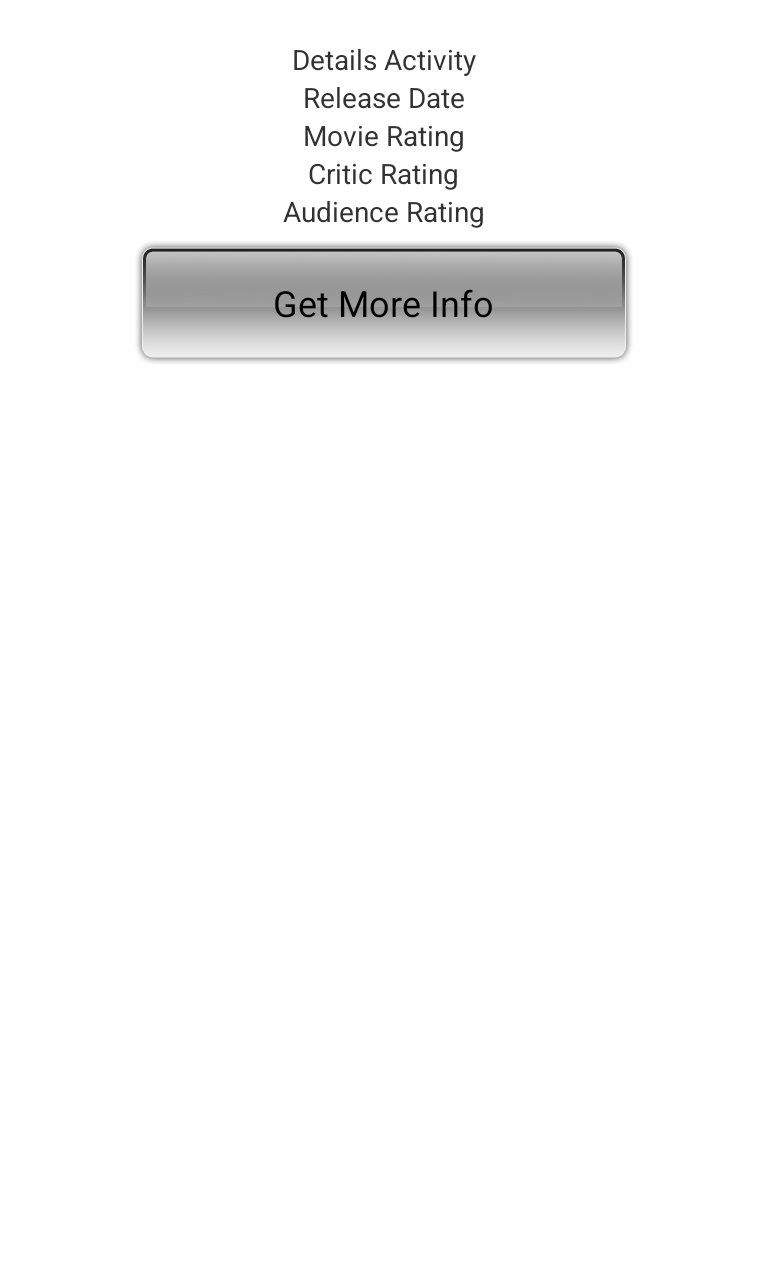
Repository: efreestone/Java2_Freestone
Layout: Java2Project2/res/layout/activity_details.xml
These files come from the project's save history. The layout is drawn as it stood at one moment and after the next save; the edit follows.
It is drawn on a 768 x 1280 px phone screen (xhdpi) without system bars, with theme AppTheme; the app's code is not run.

Above is the layout before, as saved 2014-05-15 21:16:49.

After the next save:
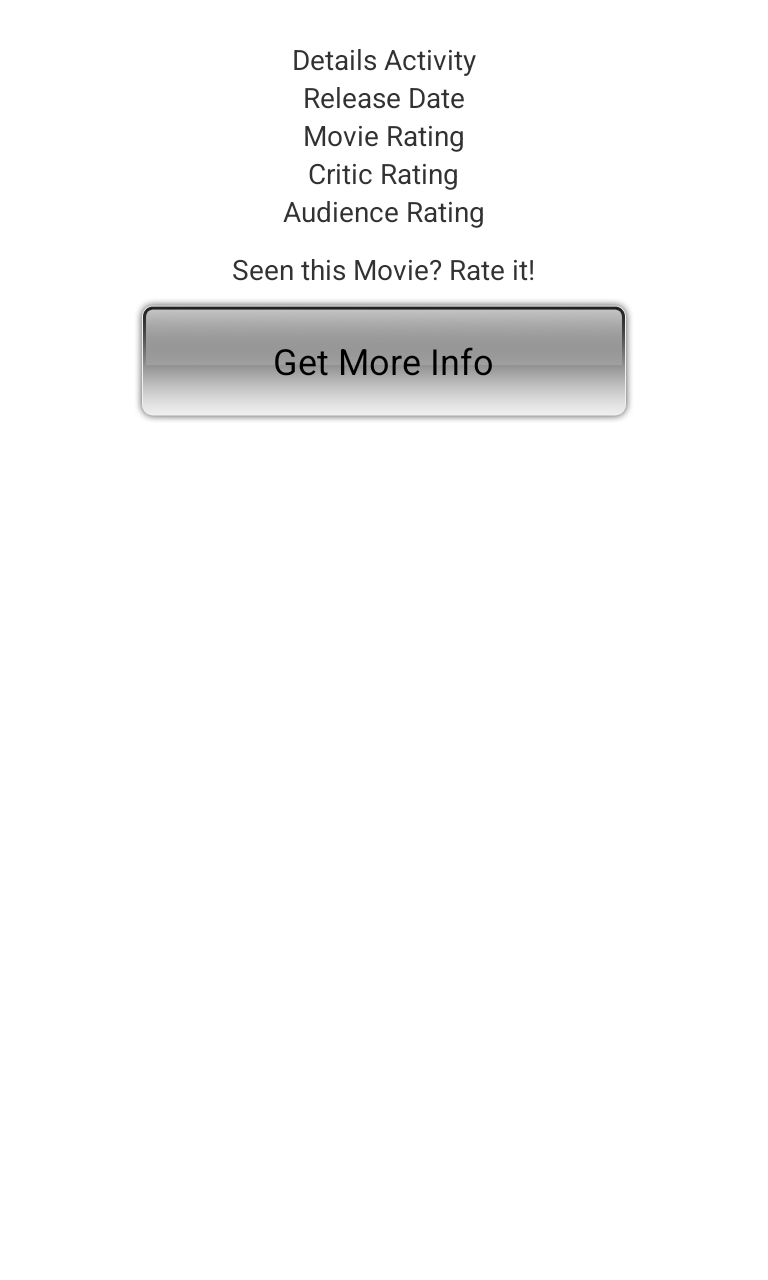
Saved 17 s later.
--- a/Java2Project2/res/layout/activity_details.xml
+++ b/Java2Project2/res/layout/activity_details.xml
@@ -36,6 +36,13 @@
         android:layout_height="wrap_content"
         android:text="Audience Rating" />
 
+    <TextView
+        android:id="@+id/ratingsBarTitle"
+        android:layout_width="wrap_content"
+        android:layout_height="wrap_content"
+        android:paddingTop="10dp"
+        android:text="@string/ratingBarTitleString" />
+
     <Button
         android:id="@+id/moreInfoButton"
         android:layout_width="wrap_content"
